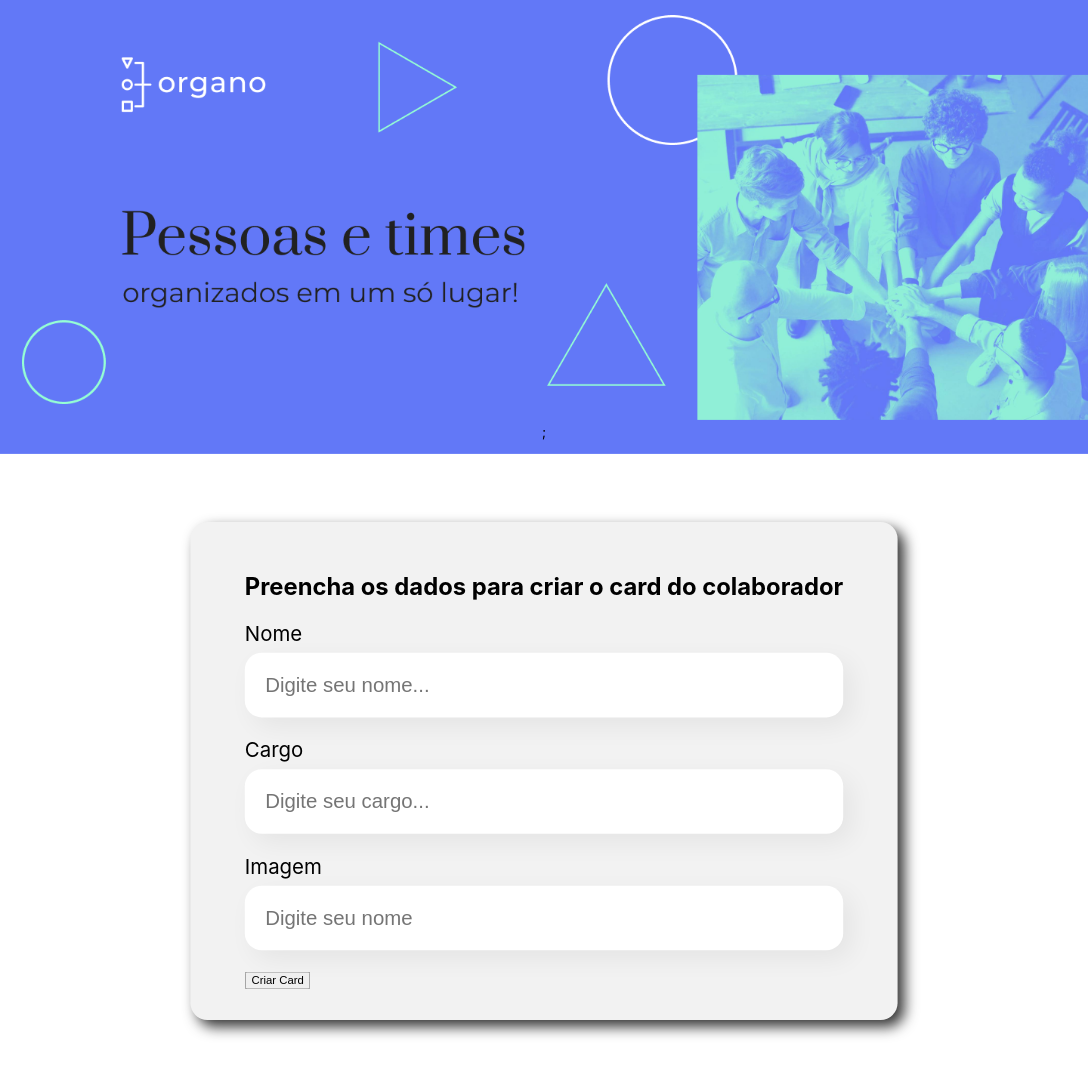
Repository: guilhermecardoso93/organo
Page: /
An editor plug-in stored every save of this project. The page is shown before and after a run of saves, followed by the edit.
The browser window is 1280 px wide. The pictures show the whole page, at 85% of full size.
The project was rebuilt for these pictures with package versions that can differ from the ones it lists, and the page was loaded fresh each time. Also part of the build but not shown: src/components/ListDropDown/styles.css.

Above is the page before, as saved 2024-05-26 12:25:14.

### src/App.js
import { Banner } from "./components/Banner";
import { Form } from "./components/Form";

export default function App() {
  return (
    <div>
      <Banner />
      <Form />
    </div>
  );
}

### src/components/Banner/index.js
import BannerBackground from "../../assets/imagens/banner.png";
import "./styles.css";

export function Banner() {
  return (
    <header className="background-banner">
      <img src={BannerBackground} alt="Banner Principal da Página da Orgona" />;
    </header>
  );
}

### src/components/Form/index.js
import { Input } from "../Input";
import './styles.css'

export function Form() {
  return (
    <section className='form'>
      <form>
        <h2>Preencha os dados para criar o card do colaborador</h2>
        <Input label="Nome" placeholder="Digite seu nome..." />
        <Input label="Cargo" placeholder="Digite seu cargo..." />
        <Input label="Imagem" placeholder="Digite seu nome" />
        <button>Criar Card</button>
      </form>
    </section>
  );
}

### src/components/Banner/styles.css
.background-banner {
  background-color: #6278f7;
  text-align: center;
  padding-bottom: 1rem;
}

.background-banner img {
  max-width: 100%;
}

### src/components/Input/index.js
import "./styles.css";

export function Input({label, placeholder}) {
  return (
    <div className="campo-texto">
      <label>{label}</label>
      <input placeholder={placeholder}/>
    </div>
  );
}

### src/components/Form/styles.css
.form {
  display: flex;
  justify-content: center;
  margin: 80px 0;
}

.form form {
  max-width: 80%;
  background-color: #f2f2f2;
  border-radius: 20px;
  padding: 36px 64px;
  box-shadow: 8px 8px 16px rgba(0,0,0, 0.8);
}

h2 {
  font-size: 1.75rem;
}

### src/components/Input/styles.css
.campo-texto {
  display: flex;
  flex-direction: column;
  margin: 24px 0;
}

.campo-texto label {
  display: block;
  margin-bottom: 8px;
  font-size: 24px;
  font-weight: semi-bold;
}

.campo-texto input {
  background-color: #fff;
  box-shadow: 10px 10px 30px rgba(0, 0, 0, 0.06);
  width: 100%;
  border: none;
  font-size: 24px;
  padding: 24px;
  box-sizing: border-box;
  border-radius: 20px;
}

### src/components/ListDropDown/index.js
import "./styles.css";

export function ListDropDown({ label, items }) {
  return (
    <div>
      <label>{label}</label>
      <select>
        {items.map((item, i) => {
          <option key={i}>{item}</option>;
        })}
      </select>
    </div>
  );
}

Loaded but not shown: public/index.html (common file); src/index.js (common file); src/index.css (common file)

After the next 2 saves:
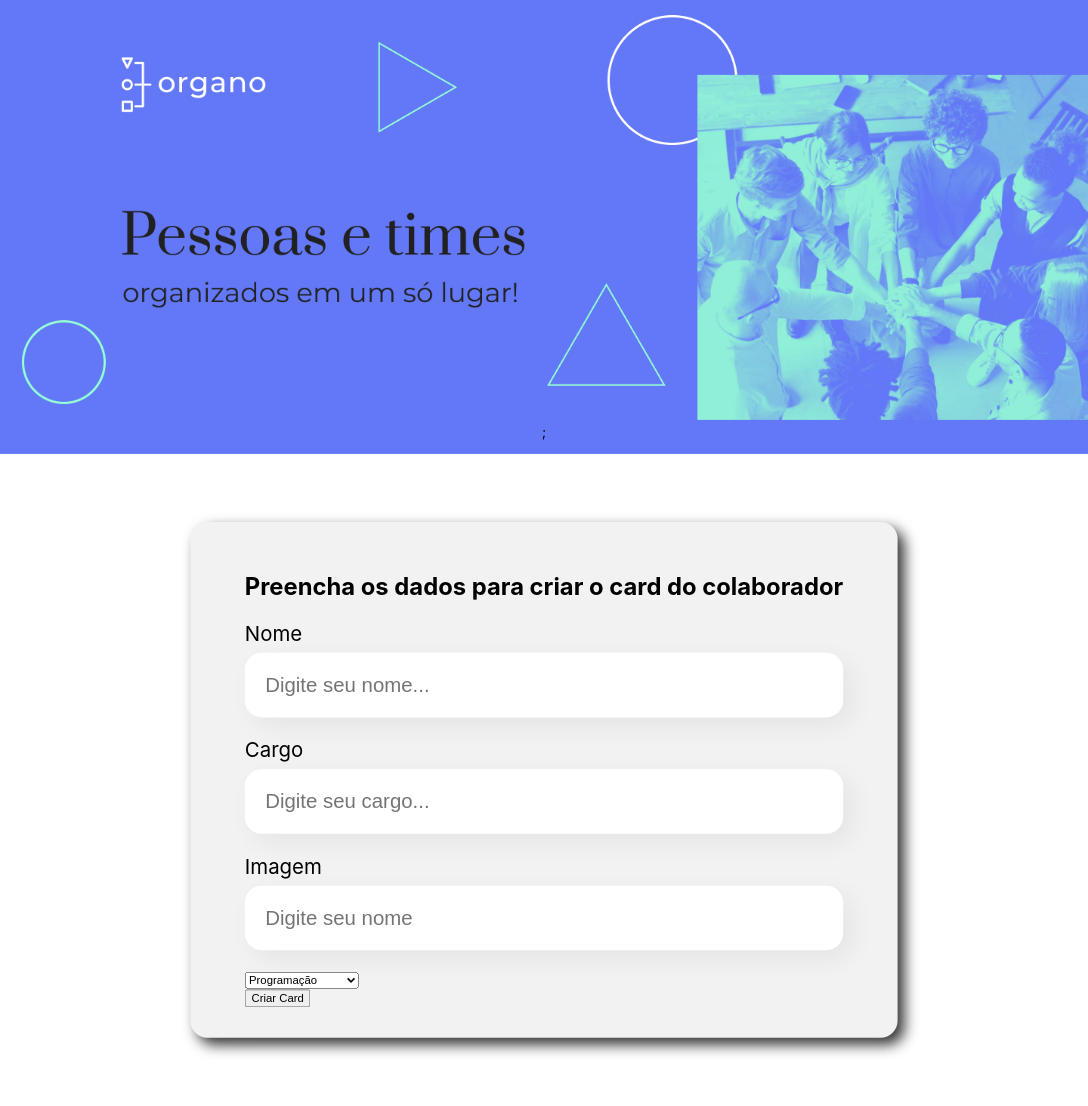
The 2 saves are shown as one change because 1 did not build or start.
The last was saved 4 min 2 s later.
--- a/src/components/Form/index.js
+++ b/src/components/Form/index.js
@@ -1,14 +1,25 @@
 import { Input } from "../Input";
-import './styles.css'
+import { ListDropDown } from "../ListDropDown";
+import "./styles.css";
 
 export function Form() {
+  const times = [
+    "Programação",
+    "Front-End",
+    "Data Science",
+    "Devops",
+    "UX e Design",
+    "Mobile",
+    " Inovação e Gestão",
+  ];
   return (
-    <section className='form'>
+    <section className="form">
       <form>
         <h2>Preencha os dados para criar o card do colaborador</h2>
         <Input label="Nome" placeholder="Digite seu nome..." />
         <Input label="Cargo" placeholder="Digite seu cargo..." />
         <Input label="Imagem" placeholder="Digite seu nome" />
+        <ListDropDown itens={times} />
         <button>Criar Card</button>
       </form>
     </section>
--- a/src/components/ListDropDown/index.js
+++ b/src/components/ListDropDown/index.js
@@ -1,12 +1,12 @@
 import "./styles.css";
 
-export function ListDropDown({ label, items }) {
+export function ListDropDown({ label, itens }) {
   return (
     <div>
       <label>{label}</label>
       <select>
-        {items.map((item, i) => {
-          <option key={i}>{item}</option>;
+        {itens.map((item) => {
+          return <option>{item}</option>;
         })}
       </select>
     </div>
